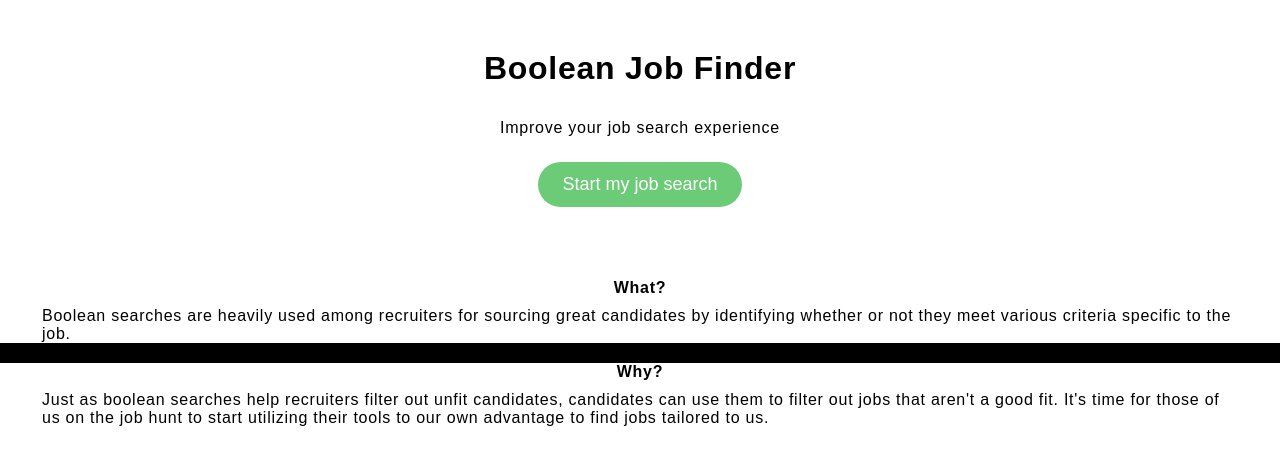
Repository: Rthompson2548/boolean-job-searcher
Page: /
An editor plug-in stored every save of this project. The page is shown before and after the next save, followed by the edit.
The browser window is 1280 px wide. The pictures show the whole page.
The project was rebuilt for these pictures with package versions that can differ from the ones it lists, and the page was loaded fresh each time.

Above is the page before, as saved 2022-04-05 14:09:45.

### public/index.html
<!DOCTYPE html>
<html lang="en">
  <head>
    <meta charset="utf-8" />
    <link rel="icon" href="%PUBLIC_URL%/favicon.ico" />
    <meta name="viewport" content="width=device-width, initial-scale=1" />
    <meta name="theme-color" content="#000000" />
    <meta
      name="description"
      content="Web site created using create-react-app"
    />
    <link rel="preconnect" href="https://fonts.googleapis.com">
    <link rel="preconnect" href="https://fonts.gstatic.com" crossorigin>
    <link href="https://fonts.googleapis.com/css2?family=Inconsolata&family=League+Spartan&display=swap" rel="stylesheet">

    <title>React App</title>
  </head>
  <body>
    <noscript>You need to enable JavaScript to run this app.</noscript>
    <div id="root"></div>
    <!--
      This HTML file is a template.
      If you open it directly in the browser, you will see an empty page.

      You can add webfonts, meta tags, or analytics to this file.
      The build step will place the bundled scripts into the <body> tag.

      To begin the development, run `npm start` or `yarn start`.
      To create a production bundle, use `npm run build` or `yarn build`.
    -->
  </body>
</html>

### src/App.js
import "./styles.css";
// import { CopyToClipboard } from "react-copy-to-clipboard";
import React, { useState, useEffect, useRef } from "react";



export default function App() {
  let searchCategories = [
    "Experience",
    "Location",
    "Tech Stack",
    "Title",
    "Technologies",
    "Company"
  ];

let defaultCategories = [
  {
    id: 1,
    name: "Experience",
    placeholders: ["Junior", "Entry", "Grad", "Student"]
  },
  {
    id: 2,
    name: "Location",
    placeholders: ["Junior", "Entry", "Grad", "Student"]
  },
  {
    id: 3,
    name: "End",
    placeholders: ["Junior", "Entry", "Grad", "Student"]
  },
  {
    id: 4,
    name: "Title",
    placeholders: ["Junior", "Entry", "Grad", "Student"]
  },
  {
    id: 5,
    name: "Technologies",
    placeholders: ["Junior", "Entry", "Grad", "Student"]
  },
  {
    id: 6,
    name: "Company Name",
    placeholders: ["Junior", "Entry", "Grad", "Student"]
  }
];


const [copyString, setCopyString] = useState("");
const [addCategory, setAddCategory] = useState(false);
const [addCategoryBtnText, setAddCategoryBtnText] = useState(
"Start my job search"
)
const [category, setCategory] = useState("");
const [categoryChosen, setCategoryChosen] = useState(false);
const [categoryOptions, setCategoryOptions] = useState(false);
const [showCategoryForm, setShowCategoryForm] = useState(false);
const [showNewCategoryButton, setShowNewCategoryButton] = useState(true);
const [showName, setShowName] = useState(false);
const [showForm, setShowForm] = useState(false);
const [showAddWordBtn, setShowAddWordBtn] = useState(false)
const [word, setWord] = useState("");
const [list, setList] = useState([]);
const [show, setShow] = useState(false);
const [finishBtn, setFinishBtn] = useState(false);
const [finished, setFinished] = useState(false);
const [result, setResult] = useState([]);
const [doneWarning, setDoneWarning] = useState(false);
const [goodbyeMessage, setGoodbyeMessage] = useState(false);


const handleNewCategory = () => {
  setCategory("");
  setAddCategoryBtnText("Add a category");
  setShowNewCategoryButton(false);
  setFinishBtn(false);
  setCategoryOptions(true);
  setCategoryChosen(false);
};



const handleCustomCategory = () => {
  setShowCategoryForm(true);
  setCategoryOptions(false);
};


const handleCategoryNameChange = event => {
  setCategory(event.target.value);
};

const submitCategory = () => {
  setAddCategory(false);
  setShowName(true);
  setShowNewCategoryButton(false);
  setShowAddWordBtn(true);
  setShowForm(true);
  setShowCategoryForm(false);
};


const handleAddWord = () => {
  setShowForm(true);
  setCategoryOptions(false);
  setCategoryChosen(true);
};


const handleCategoryClick = event => {
  setCategory(event.target.value);
  setCategoryChosen(true);
};


const handleWordChange = event => {
  setWord(event.target.value);
};


  const [noLetters, setNoLetters] = useState(false);

  const submitAsteriskWord = () => {
    if (word.length <= 1) {
      setNoLetters(true);
    } else {
      setList((prevList) => [...prevList, `"${word}*"`]);
      setWord("");
      setShow(true);
      console.log(word);
    }
  };

  const submitWord = () => {
    if (word.length <= 1) {
      setNoLetters(true);
    } else {
      setList((prevList) => [...prevList, `"${word}"`]);
      setWord("");
      setShow(true);
      console.log(word);
    }
  };

  useEffect(() => {
    setCategory(category);
  }, [category]);

  let booleanString = `(${list.join(" OR ")})`;

  const handleSubmitCategoryWords = () => {
    setShowNewCategoryButton(true);
    setShow(false);
    setShowName(false);
    setShowForm(false);
    setFinishBtn(true);
    setResult((previousResult) => [...previousResult, booleanString]);
    console.log(result.join(" AND "));
    console.log(`list: ${list}`);
    setList([]);
    console.log(`list: ${list}`);
    setCopyString(result.join(" AND "));
  };

  const handleGenerateString = () => {
    setFinished(true);
    setFinishBtn(false);
    setShowNewCategoryButton(false);
    setDoneWarning(false);
    // setGoodbyeMessage(true);
  };

const handleDone = () => {
  setDoneWarning(true);
  setFinished(false);
};


const handleConfirmFinished = () => {
  setDoneWarning(false);
  setGoodbyeMessage(true);
  setShow(false);
  setFinished(false);
};



  return (
    <div className="App">
      <div className="header">
        <h1 className="app-title">Boolean Job Finder</h1>
        <p>Improve your job search experience</p>
        <button className="start-btn" onClick={handleNewCategory}>
          {addCategoryBtnText}
        </button>

      </div>
      <div>
    </div>


      {categoryOptions === true && (
        <div>
          <div>
<p className="pick-a-category-txt">Click a category below to start</p>


            {/* iterates through array of category names and returns a button for each */}
            <div className="category-btns">
              {searchCategories.map((value, i) => (
                <button
                  id="category-btn"
                  className="category-btn"
                  key={i}
                  value={searchCategories[i]}
                  onClick={handleCategoryClick}
                >
                  {value}
                </button>
              ))}

            </div>

{
  categoryChosen === true && (
    <button className="continue-btn" onClick={handleAddWord}>
      Continue
    </button>
  )
}
          </div>
        </div>
      )}

{
  showCategoryForm === true && (
    <div>
      <label>Enter a custom category name</label>
      <input
        placeholder="Enter category name"
        onChange={handleCategoryNameChange}
        value={category}
      />

<button onClick={submitCategory}>Submit</button>;

    </div>
  )
}

      {showForm === true && (
        <div className="keyword-form">
          <h1>{category}</h1>

          <div className="keyword-form-info">
            <div>
              <label>Enter 1 or more keywords</label>
            </div>
            <input
              placeholder="Enter two or more letters..."
              value={word}
              onChange={handleWordChange}
            />
          </div>

          <div className="keyword-btns">
            <button onClick={submitWord}>Include exact keyword</button>
            <button onClick={submitAsteriskWord}>
              Include similar keywords
            </button>

          </div>


        </div>
      )}

      {show === true && (
        <div className="keyword-string">
          <h4>{booleanString}</h4>
        </div>
      )}

      {showForm === true && (
        <div>
          <button className="continue-btn" onClick={handleSubmitCategoryWords}>
            Continue
          </button>
        </div>
      )}

      {showNewCategoryButton === true && (
        <div>
          <div className="what-why">
            <div className="what-why-info">
              <h4>What?</h4>
              <p>
                Boolean searches are heavily used among recruiters for sourcing great
                candidates by identifying whether or not they meet various criteria specific
                to the job.
              </p>
            </div>
            <div className="what-why-info">
              <h4>Why?</h4>
              <p>
                Just as boolean searches help recruiters filter out unfit candidates, candidates can use them to filter out jobs that aren't a good fit. It's time for those of us on the job hunt to start utilizing their tools to our own advantage to find jobs tailored to us.
              </p>
            </div>
          </div>


        </div>
      )}


      {finishBtn === true && (
        <div>
          <button className="done-btn" onClick={handleGenerateString}>
            Submit
          </button>
        </div>
      )}

      {finished === true && (
        <div className="boolean-string">
          <p value={copyString}>{result.join(" AND ")}</p>
          <button className="done-btn" onClick={handleDone}>
            Done
          </button>
        </div>
      )}

      {doneWarning === true && (
        <div className="boolean-string">
          <p>Are you sure? This cannot be undone</p>
          <button className="done-btn" onClick={handleConfirmFinished}>
            Yes, I am done
          </button>
        </div>
      )}

      {goodbyeMessage === true && (
        <div className="goodye-msg boolean-string">
<p>Goodbye!</p>;

          <button
            className="start-btn"
            onClick={() => window.location.reload(false)}
          >
            Home
          </button>
        </div>
      )}
    </div>
  );
}

### src/styles.css
* {
  margin: 0;
  padding: 0;
  background-color: #fff;
  color: #000;
  /* padding: 18px 0; */
}

.App {
  font-family: sans-serif;
  text-align: center;
  letter-spacing: 0.75px;
}

.header {
  line-height: 2rem;
  letter-spacing: 0.75px;
  padding: 52px 0;
}

img {
  width: 250px;
  height: auto;
}

button {
  /* width: 300px; */
  border-radius: 25px;
  background-color: #fff;
  color: #000;
  border: none;
  margin: 18px 0 0 0;
  font-size: 18px;
}

.app-title {
  margin-bottom: 28px;
  font-size: 32px;
}

h3 {
  font-size: 22px;
}

.what-why {
  background-color: #000;
}

.what-why p {
  text-align: left !important;
  padding: 0 42px;
}

.what-why h4 {
  margin: 20px 0 10px 0;
}


.start-btn {
  background-color: #6bcb77 !important;
  color: #fff;
  font-size: 18px;
  vertical-align: middle;
  padding: 12px 24px;
}

.pick-a-category-txt {
  font-size: 18px;
  margin-bottom: 12px;
}

input {
  background-color: #fff;
  font-size: 18px;
  color: #000;
  width: 260px;
  border: 1.5px solid black;
  border-radius: 25px;
}

label {
  font-size: 20px;
}

.category-btns {
  /* center the element */
  right: 0;
  left: 0;
  margin-right: auto;
  margin-left: auto;
  display: flex;
  flex-direction: column;
  align-items: center;
}

.category-btns button {
  background-color: #ff6b6b;
  color: #fff;
  padding: 12px 42px;
  width: 300px;
}

.category-buttons button:active,
button:focus {
  /* color: #fff !important;
  background-color: #FFD93D !important; */
}

.category-buttons button:visited:after {
  color: #fff !important;
  background-color: #000 !important;
}

.continue-btn {
  background-color: #4d96ff;
  color: #fff;
}

.keyword-form-info {
  margin-top: 24px;
}

.keyword-form-info input {
  padding: 10px 24px 10px 10px;
  margin-top: 16px;
}

.keyword-btns {
  display: flex;
  flex-direction: column;
  align-items: center;
  margin: 10px 0 24px 0;
}

.keyword-btns button {
  background-color: #ff6b6b;
  color: #fff;
  font-size: 18px;
}

.keyword-string {
  padding: 20px;
  font-size: 20px;
  line-height: 2rem;
}

.goodye-msg {
  /* padding-top: 25%; */
  font-size: 42px !important;
}

.goodye-msg button {
  /* background-color: #4D96FF !important; */
  /* vertical-align: middle !important; */
}

.boolean-string {
  font-size: 32px;
  font-weight: bold;
  padding-top: 10%;
}


.boolean-string button {
  background-color: #fa58bc;
  color: #fff;
}

.done-btn {
  background-color: #4d96ff !important;
  color: #fff;
  font-size: 22px;
  vertical-align: middle;
  width: 400px;
  padding: 20px 0;
  margin-top: 36px;
}

.home-btn {
  background-color: #6bcb77 !important;
}

Loaded but not shown: src/index.js (common file); src/index.css (no stored copy; drawn as an empty file)

After the next save:
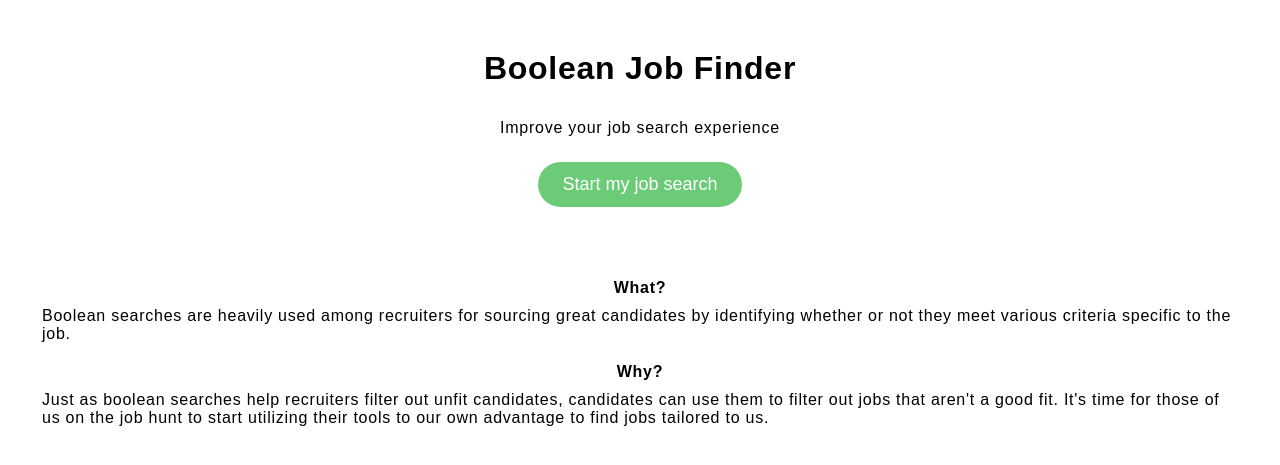
Saved 5 s later.
--- a/src/styles.css
+++ b/src/styles.css
@@ -43,7 +43,7 @@ h3 {
 }
 
 .what-why {
-  background-color: #000;
+  color: #000;
 }
 
 .what-why p {
